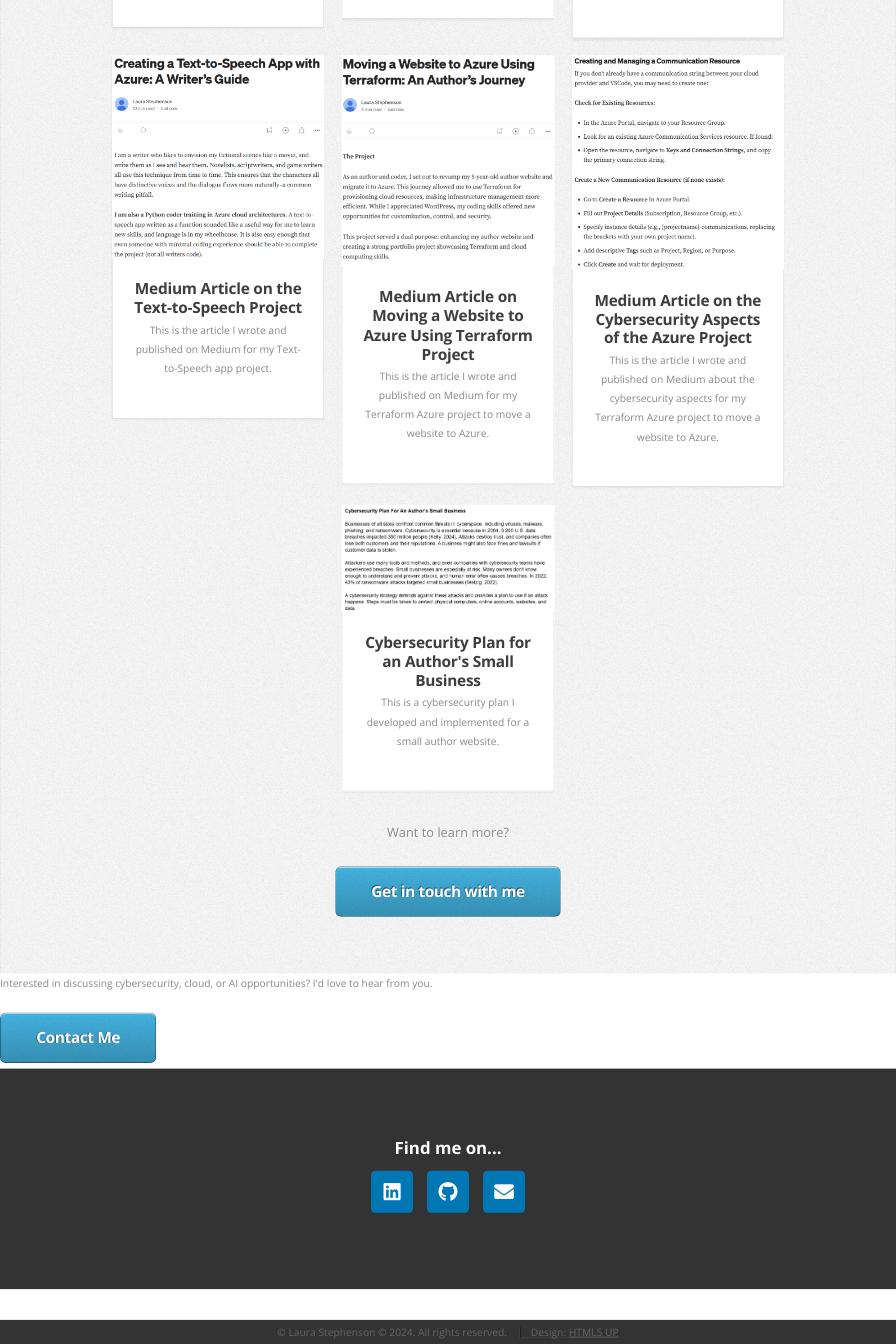
Repository: lauralstephenson/Portfolio_Personal
Page: index.html
The author's editor kept a copy of each file at every save. The page is drawn from the files as they stood at one save, then again after the next save.
The browser window is 1280 px wide. The pictures show the part of the page from y = 3732 to 5652 px (the page is 5652 px tall before and 5516 px after), at 70% of full size.

Above is the page before, as saved 2026-07-20 12:20:32.

### index.html
<!DOCTYPE HTML>
<!--
	Miniport by HTML5 UP
	html5up.net | @ajlkn
	Free for personal and commercial use under the CCA 3.0 license (html5up.net/license)
-->

<html lang="en">
	<head>
		<title>Laura Stephenson Cloud Portfolio Webpage</title>
		<meta charset="utf-8">
		<meta name="viewport" content="width=device-width, initial-scale=1">
		<!-- Font Awesome -->
		<link rel="stylesheet" href="https://cdnjs.cloudflare.com/ajax/libs/font-awesome/5.15.4/css/all.min.css">
		<link rel="stylesheet" href="assets/css/main.css">
	</head>
	<body class="is-preload">

		<!-- Nav -->
			<nav id="nav">
				<ul class="container">
					<li><a href="#top">Top</a></li>
					<li><a href="#work">Work</a></li>
					<li><a href="#certifications">Certifications</a></li>
					<li><a href="#portfolio">Portfolio</a></li>
					<li><a href="#contact">Contact</a></li>
				</ul>
			</nav>

		<!-- Home -->
			<article id="top" class="wrapper style1">
				<div class="container">
					<div class="row">
						<div class="col-4 col-5-large col-12-medium">
							<span class="image fit"><img src="images/circle_cybersecurity_logo.png" alt="Circle with lock on cyber background"/></span>
						</div>
						<div class="col-8 col-7-large col-12-medium">
							<header>
								<h1>Hi. I'm <strong>Laura Stephenson.</strong></h1>
							</header>
							<p><strong>Cybersecurity analyst focused on cloud security, automation, and Python-based solutions.</strong></p>
							<a href="#work" class="button large scrolly">Learn about what I do</a>
						</div>
					</div>
				</div>
			</article>

		<!-- Work -->
			<article id="work" class="wrapper style2">
				<div class="container">
					<header>
						<h1>What I Do</h1>
					</header>
					<div class="row aln-center equal-height">
						<div class="col-4 col-6-medium col-12-small">
							<section class="box style1">
								<div class="box-content">
									<svg xmlns="http://www.w3.org/2000/svg" height="56" width="56" viewBox="0 0 512 512">
										<!--!Font Awesome Free 6.7.2 by @fontawesome - https://fontawesome.com License - https://fontawesome.com/license/free Copyright 2025 Fonticons, Inc.-->
										<path fill="#77797e" d="M256 0c4.6 0 9.2 1 13.4 2.9L457.7 82.8c22 9.3 38.4 31 38.3 57.2c-.5 99.2-41.3 280.7-213.6 363.2c-16.7 8-36.1 8-52.8 0C57.3 420.7 16.5 239.2 16 140c-.1-26.2 16.3-47.9 38.3-57.2L242.7 2.9C246.8 1 251.4 0 256 0z"/>
									</svg>
									<h3>Cyber Security</h3>
									<p>Analyze alerts, investigate network activity, and document findings in clear, structured reports using SOC workflows. Apply SIEM tools, packet analysis, and the MITRE ATT&CK framework to detect and respond to threats.</p>
								</div>
							</section>
						</div>
							<div class="col-4 col-6-medium col-12-small">
								<section class="box style1">
									<div class="box-content">
										<svg xmlns="http://www.w3.org/2000/svg"
										width="56" height="56"
										fill="currentColor"
										class="bi bi-cloud-arrow-up-fill"
										viewBox="0 0 16 16">
											<path d="M8 2a5.53 5.53 0 0 0-3.594 1.342c-.766.66-1.321 1.52-1.464 2.383C1.266 6.095 0 7.555 0 9.318 0 11.366 1.708 13 3.781 13h8.906C14.502 13 16 11.57 16 9.773c0-1.636-1.242-2.969-2.834-3.194C12.923 3.999 10.69 2 8 2m2.354 5.146a.5.5 0 0 1-.708.708L8.5 6.707V10.5a.5.5 0 0 1-1 0V6.707L6.354 7.854a.5.5 0 1 1-.708-.708l2-2a.5.5 0 0 1 .708 0z"/>
										</svg>
										<h3>Cloud Computing</h3>
										<p>Design and maintain secure cloud environments in Azure and AWS, with and without Terraform.</p>
									</div>
								</section>
						</div>
						<div class="col-4 col-6-medium col-12-small">
							<section class="box style1">
								<div class="box-content">
									<svg xmlns="http://www.w3.org/2000/svg" height="56" width="56" viewBox="0 0 576 512">
										<!--!Font Awesome Free 6.7.2 by @fontawesome - https://fontawesome.com License - https://fontawesome.com/license/free Copyright 2025 Fonticons, Inc.-->
										<path fill="#6f7276" d="M248 106.6c18.9-9 32-28.3 32-50.6c0-30.9-25.1-56-56-56s-56 25.1-56 56c0 22.3 13.1 41.6 32 50.6l0 98.8c-2.8 1.3-5.5 2.9-8 4.7l-80.1-45.8c1.6-20.8-8.6-41.6-27.9-52.8C57.2 96 23 105.2 7.5 132S1.2 193 28 208.5c1.3 .8 2.6 1.5 4 2.1l0 90.8c-1.3 .6-2.7 1.3-4 2.1C1.2 319-8 353.2 7.5 380S57.2 416 84 400.5c19.3-11.1 29.4-32 27.8-52.8l50.5-28.9c-11.5-11.2-19.9-25.6-23.8-41.7L88 306.1c-2.6-1.8-5.2-3.3-8-4.7l0-90.8c2.8-1.3 5.5-2.9 8-4.7l80.1 45.8c-.1 1.4-.2 2.8-.2 4.3c0 22.3 13.1 41.6 32 50.6l0 98.8c-18.9 9-32 28.3-32 50.6c0 30.9 25.1 56 56 56c30.7 0 55.6-24.7 56-55.2c-7.5-12.9-13.5-26.8-17.6-41.5c-4.2-4-9.1-7.3-14.4-9.9l0-98.8c2.8-1.3 5.5-2.9 8-4.7l10.5 6c5.5-15.3 13.1-29.5 22.4-42.5l-9.1-5.2c.1-1.4 .2-2.8 .2-4.3c0-22.3-13.1-41.6-32-50.6l0-98.8zM440.5 132C425 105.2 390.8 96 364 111.5c-19.3 11.1-29.4 32-27.8 52.8l-50.6 28.9c11.5 11.2 19.9 25.6 23.8 41.7L360 205.9c.4 .3 .8 .6 1.3 .9c21.7-9.5 45.6-14.8 70.8-14.8c2 0 4 0 5.9 .1c12.1-17.3 13.8-40.6 2.6-60.1zM432 512a144 144 0 1 0 0-288 144 144 0 1 0 0 288zm47.9-225c4.3 3.7 5.4 9.9 2.6 14.9L452.4 356l35.6 0c5.2 0 9.8 3.3 11.4 8.2s-.1 10.3-4.2 13.4l-96 72c-4.5 3.4-10.8 3.2-15.1-.6s-5.4-9.9-2.6-14.9L411.6 380 376 380c-5.2 0-9.8-3.3-11.4-8.2s.1-10.3 4.2-13.4l96-72c4.5-3.4 10.8-3.2 15.1 .6z"/>
									</svg>
									<h3>Artificial Intelligence</h3>
									<p>Apply prompt engineering techniques to use AI tools for analysis, automation, and investigation support. Use APIs and structured prompting to extract insights, assist workflows, and improve efficiency in security and cloud environments.</p>
								</div>
							</section>
						</div>
					</div>
					<footer>
						<p>Want to see what I can do?</p>
						<a href="#portfolio" class="button large scrolly">See some of my recent work</a>
					</footer>
				</div>
			</article>

		<!-- Certifications -->
			<article id="certifications" class="wrapper style3">
				<div class="container">
					<header>
						<h1>Certifications</h1>
					</header>
					<div class="row aln-center equal-height">
					<div class="col-4 col-6-medium col-12-small">
							<article class="box style2">
								<div class="box-content">
									<a href="images/AKYLADE_AISF_Certification.pdf" class="image featured"><img src="images/AISF_Logo.png" alt="AISF Logo" /></a>
									<h3><a href="images/AKYLADE_AISF_Certification.pdf">AKYLADE A/AISF Certificate</a></h3>
									<p>Certification covering AI concepts, AI risk management, AI trustworthiness, and the NIST AI Risk Management Framework (AI RMF).</p>
								</div>
							</article>
						</div>
					<div class="col-4 col-6-medium col-12-small">
							<article class="box style2">
								<div class="box-content">
									<a href="images/CompTIA_Security+_ce_certificate.pdf" class="image featured"><img src="images/SecurityPlus_Logo_ Certified_CE.png" alt="CompTIA SecurityPlus Logo" /></a>
									<h3><a href="images/CompTIA_Security+_ce_certificate.pdf">CompTIA Security+</a></h3>
									<p>Industry-recognized cybersecurity certification covering network security, threat detection, risk management, identity management, and security operations.</p>
								</div>
							</article>
						</div>
					<div class="col-4 col-6-medium col-12-small">
							<article class="box style2">
								<div class="box-content">
									<a href="images/PSAA_Certificate.pdf" class="image featured"><img src="images/PSAA_Logo.png" alt="PSAA Logo" /></a>
									<h3><a href="images/PSAA_Certificate.pdf">PSAA Certificate</a></h3>
									<p>Hands-on SOC analyst certification focused on threat detection, log analysis, incident investigation, network traffic analysis, and real-world security operations workflows.</p>
								</div>
							</article>
						</div>
						<div class="col-4 col-6-medium col-12-small">
							<article class="box style2">
								<div class="box-content">
									<a href="images/Azure_Fundamentals_Certificate_LauraStephenson.pdf" class="image featured">
										<img src="images/Microsoft_Certified_Fundamentals.png"
											alt="Microsoft Azure Fundamentals Badge" />
									</a>

									<h3>
										<a href="images/Azure_Fundamentals_Certificate_LauraStephenson.pdf">
											Microsoft Azure Fundamentals
										</a>
									</h3>

									<p>Microsoft certification covering cloud concepts, Azure services, pricing, governance, security, and foundational cloud architecture principles.</p>
								</div>
							</article>
						</div>
					<div class="col-4 col-6-medium col-12-small">
							<article class="box style2">
								<div class="box-content">
									<a href="images/AWS_Solutions_Architect_Certificate.pdf" class="image featured"><img src="images/AWS_Solutions_Architect_Badge.png" alt="Solutions Architect Associate Badge" /></a>
									<h3><a href="images/AWS_Solutions_Architect_Certificate.pdf">AWS Solutions Architect-Associate</a></h3>
									<p>AWS certification focused on designing secure, scalable, and resilient cloud architectures using core AWS networking, storage, compute, and security services.</p>
								</div>
							</article>
						</div>
					<div class="col-4 col-6-medium col-12-small">
							<article class="box style2">
								<div class="box-content">
									<a href="images/CompTIA_CloudPlus_Certificate.pdf" class="image featured"><img src="images/CompTIA_CloudPlus_Logo.png" alt="CompTIA CloudPlus Logo
										" /></a>
									<h3><a href="images/CompTIA_CloudPlus_Certificate.pdf">CompTIA Cloud+</a></h3>
									<p>Cloud infrastructure certification covering cloud deployment, virtualization, networking, automation, troubleshooting, and secure cloud operations.</p>
									<p><strong>CompTIA Secure Cloud Professional (CSCP)</strong><br>
									CompTIA stackable certification recognizing combined cloud and cybersecurity expertise.</p>
								</div>
							</article>
						</div>
					</div>
				</div>
			</article>

		<!-- Portfolio -->
			<article id="portfolio" class="wrapper style3">
				<div class="container">
					<header>
						<h1>Featured Projects</h1>
					</header>
					<div class="row aln-center equal-height">
						<div class="col-4 col-6-medium col-12-small">
							<article class="box style2">
								<div class="box-content">
									<a href="https://github.com/lauralstephenson/soc_analysis_labs" class="image featured"><img src="images/soc_project.png" alt="SOC Investigation Project" /></a>
									<h3><a href="https://github.com/lauralstephenson/soc_analysis_labs">SOC Investigation & Threat Analysis</a></h3>
									<p>Analyzed network traffic, logs, and alerts using tools such as Wireshark, Zeek, and Suricata. Investigated suspicious activity, mapped behaviors to the MITRE ATT&CK framework, and documented findings in structured incident reports.</p>
								</div>
							</article>
						</div>
						<div class="col-4 col-6-medium col-12-small">
							<article class="box style2">
								<div class="box-content">
									<a href="https://github.com/lauralstephenson/pseudocode_terraform_examples_for_website" class="image featured"><img src="images/terraform_portfolio_pic.png" alt="" /></a>
									<h3><a href="https://github.com/lauralstephenson/pseudocode_terraform_examples_for_website">Terraform project</a></h3>
									<p>Designed and implemented a Terraform-based cloud architecture on Azure, including containerization, secure secret management with Key Vault, and automated workflows for subscriber management and email handling.</p>
									</p>
								</div>
							</article>
						</div>
						<div class="col-4 col-6-medium col-12-small">
							<article class="box style2">
								<div class="box-content">
									<a href="https://github.com/lauralstephenson/cloud_py_portfolio/tree/main/Text_to_Speech" class="image featured"><img src="images\screenshot_text_to_speech_app.png" alt="" /></a>
									<h3><a href="https://github.com/lauralstephenson/cloud_py_portfolio/tree/main/Text_to_Speech">Text to Speech App</a></h3>
									<p>This app uses Azure's text-to-speech to help authors
										hear the voices of their characters and to catch errors
										by listening to their work.
									</p>
								</div>
							</article>
						</div>
						<div class="col-4 col-6-medium col-12-small">
							<article class="box style2">
								<div class="box-content">
									<a href="https://medium.com/@lstephenson556/creating-a-text-to-speech-app-with-azure-a-writers-guide-46cbf42556f0" class="image featured"><img src="images\screenshot_medium_text_to_speech_article.png" alt="" /></a>
									<h3><a href="https://medium.com/@lstephenson556/creating-a-text-to-speech-app-with-azure-a-writers-guide-46cbf42556f0">Medium Article on the Text-to-Speech Project</a></h3>
									<p>This is the article I wrote and published on Medium for my Text-to-Speech app project.</p>
								</div>
							</article>
						</div>
						<div class="col-4 col-6-medium col-12-small">
							<article class="box style2">
								<div class="box-content">
									<a href="https://medium.com/@lstephenson556/moving-a-website-to-azure-using-terraform-an-authors-journey-1ab68dd8db76"
									class="image featured"><img src="images/screenshot_medium_terraform_azure_article.png" alt="" /></a>
									<h3><a href="https://medium.com/@lstephenson556/moving-a-website-to-azure-using-terraform-an-authors-journey-1ab68dd8db76">Medium Article on Moving a Website to Azure Using Terraform Project</a></h3>
									<p>This is the article I wrote and published on Medium for my Terraform Azure project to move a website to Azure.</p>
								</div>
							</article>
						</div>
						<div class="col-4 col-6-medium col-12-small">
							<article class="box style2">
								<div class="box-content">
									<a href="https://medium.com/@lstephenson556/cybersecurity-aspects-of-creating-an-author-website-with-terraform-12f4682b89b7"
									class="image featured"><img src="images/cybersecurity_plan_medium.png" alt="Segment of Medium article about a cybersecurity plan" /></a>
									<h3><a href="https://medium.com/@lstephenson556/cybersecurity-aspects-of-creating-an-author-website-with-terraform-12f4682b89b7">Medium Article on the Cybersecurity Aspects of the Azure Project</a></h3>
									<p>This is the article I wrote and published on Medium about the cybersecurity aspects for my Terraform Azure project to move a website to Azure.</p>
								</div>
							</article>
						</div>
						<div class="col-4 col-6-medium col-12-small">
							<article class="box style2">
								<div class="box-content">
									<a href="images/Cybersecurity Plan For A Small Author Business Article.pdf"
									class="image featured"><img src="images/cybersecurity_plan.png" alt="Snap of Cybersecurity Plan" /></a>
									<h3><a href="images/Cybersecurity Plan For A Small Author Business Article.pdf">Cybersecurity Plan for an Author's Small Business</a></h3>
									<p>This is a cybersecurity plan I developed and implemented for a small author website.</p>
								</div>
							</article>
						</div>
					</div>
					<footer>
						<p>Want to learn more?</p>
						<a href="mailto:laurastephensoncareer@gmail.com" class="button large scrolly">Get in touch with me</a>
					</footer>
				</div>
			</article>

		<!--Contact-->
			<p>Interested in discussing cybersecurity, cloud, or AI opportunities? I'd love to hear from you.</p>
			<a href="mailto:laurastephensoncareer@gmail.com" class="button large">
    		Contact Me
			</a>

		<!-- Contact
			<article id="contact" class="wrapper style4">
				<div class="container medium">
					<header>
						<h2>Let me build for you.</h2>
						<p>Contact me.</p>
					</header>
					<div class="row">
						<div class="col-12">
							<form method="post" action="https://<your-function-app-name>.azurewebsites.net/api/send-email">
								<div class="row">
									<div class="col-6 col-12-small">
										<input type="text" name="name" id="name" placeholder="Name" />
									</div>
									<div class="col-6 col-12-small">
										<input type="text" name="email" id="email" placeholder="Email" />
									</div>
									<div class="col-12">
										<input type="text" name="subject" id="subject" placeholder="Subject" />
									</div>
									<div class="col-12">
										<textarea name="message" id="message" placeholder="Message"></textarea>
									</div>
									<div class="col-12">
										<ul class="actions">
											<li><input type="submit" value="Send Message" /></li>
											<li><input type="reset" value="Clear Form" class="alt" /></li>
										</ul>
									</div>
								</div>
							</form>
						</div -->

						<div class="col-12 center-content footer-custom">
							<hr />
							<p class="find-me-on">Find me on...</p>
							<div class="footer-custom">
								<ul class="social">
									<li><a href="https://www.linkedin.com/in/laurastephenson82/">
										<i class="fab fa-linkedin"></i></a></li>
									<li><a href="https://github.com/lauralstephenson/">
										<i class="fab fa-github"></i></a></li>
									<li><a href="mailto:laurastephensoncareer@gmail.com">
										<i class="fas fa-envelope"></i></a></li>
								</ul>
							</div>
							<hr />
						</div>



						<footer>
							<div class="footer-custom">
								<ul id="copyright">
									<li>&copy; Laura Stephenson © 2024. All rights reserved.</li>
									<li>Design: <a href="http://html5up.net">HTML5 UP</a></li>
								</ul>
						</footer>

			<!--
								<li><a href="#" class="icon brands fa-twitter"><span class="label">Twitter</span></a></li>
								<li><a href="#" class="icon brands fa-tumblr"><span class="label">Tumblr</span></a></li>
								<li><a href="#" class="icon solid fa-rss"><span>RSS</span></a></li>
								<li><a href="#" class="icon brands fa-instagram"><span>Instagram</span></a></li>
								<li><a href="#" class="icon brands fa-foursquare"><span>Foursquare</span></a></li>
								<li><a href="#" class="icon brands fa-skype"><span>Skype</span></a></li>
								<li><a href="#" class="icon brands fa-soundcloud"><span>Soundcloud</span></a></li>
								<li><a href="#" class="icon brands fa-youtube"><span>YouTube</span></a></li>
								<li><a href="#" class="icon brands fa-blogger"><span>Blogger</span></a></li>
								<li><a href="#" class="icon brands fa-flickr"><span>Flickr</span></a></li>
								<li><a href="#" class="icon brands fa-vimeo"><span>Vimeo</span></a></li>
								-->

		<!-- Scripts -->
			<script src="assets/js/jquery.min.js"></script>
			<script src="assets/js/jquery.scrolly.min.js"></script>
			<script src="assets/js/browser.min.js"></script>
			<script src="assets/js/breakpoints.min.js"></script>
			<script src="assets/js/util.js"></script>
			<script src="assets/js/main.js"></script>

	</body>
</html>

Loaded but not shown: assets/js/jquery.min.js (library); assets/js/jquery.scrolly.min.js (common file); assets/js/browser.min.js (common file); assets/js/breakpoints.min.js (common file); assets/js/util.js (587 lines, source omitted); assets/js/main.js (34 lines, source omitted); assets/css/main.css (2549 lines, source omitted)

After the next save:
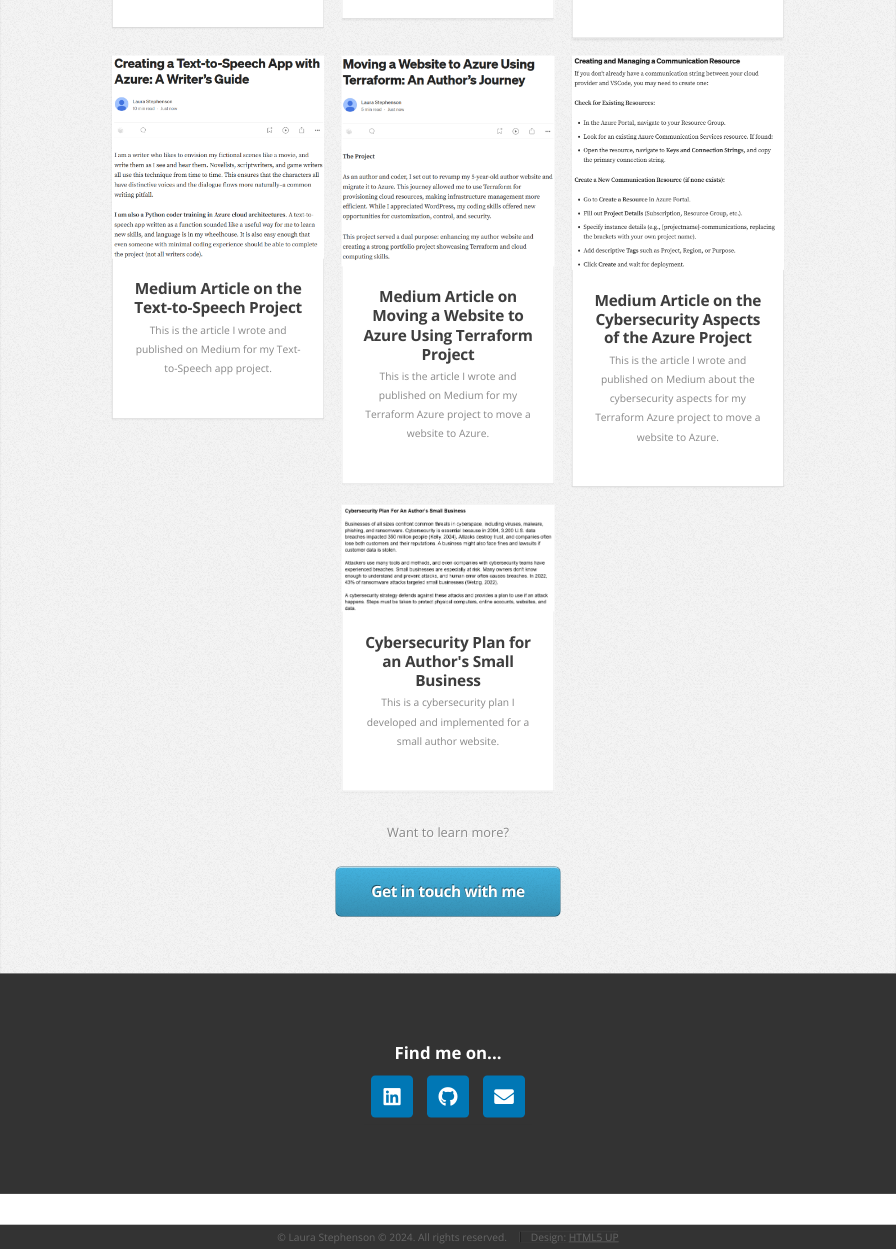
Saved 2 min 25 s later.
--- a/index.html
+++ b/index.html
@@ -261,11 +261,6 @@
 				</div>
 			</article>
 
-		<!--Contact-->
-			<p>Interested in discussing cybersecurity, cloud, or AI opportunities? I'd love to hear from you.</p>
-			<a href="mailto:laurastephensoncareer@gmail.com" class="button large">
-    		Contact Me
-			</a>
 
 		<!-- Contact
 			<article id="contact" class="wrapper style4">
